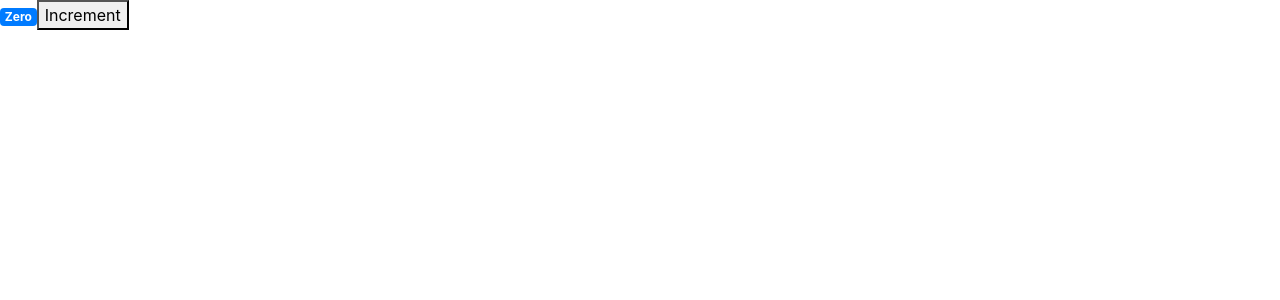
Repository: smk87/First-React-App
Page: /
These files come from the project's save history. The page is drawn as it stood at one moment and after the next save; the edit follows.
The browser window is 1280 px wide. The pictures show the whole page.
The project was rebuilt for these pictures with package versions that can differ from the ones it lists, and the page was loaded fresh each time. Also part of the build but not shown: src/App.css, src/App.js.

Above is the page before, as saved 2019-01-04 20:39:27.

### public/index.html
<!DOCTYPE html>
<html lang="en">
  <head>
    <meta charset="utf-8" />
    <link rel="shortcut icon" href="%PUBLIC_URL%/favicon.ico" />
    <meta
      name="viewport"
      content="width=device-width, initial-scale=1, shrink-to-fit=no"
    />
    <meta name="theme-color" content="#000000" />
    <!--
      manifest.json provides metadata used when your web app is added to the
      homescreen on Android. See https://developers.google.com/web/fundamentals/web-app-manifest/
    -->
    <link rel="manifest" href="%PUBLIC_URL%/manifest.json" />
    <!--
      Notice the use of %PUBLIC_URL% in the tags above.
      It will be replaced with the URL of the `public` folder during the build.
      Only files inside the `public` folder can be referenced from the HTML.

      Unlike "/favicon.ico" or "favicon.ico", "%PUBLIC_URL%/favicon.ico" will
      work correctly both with client-side routing and a non-root public URL.
      Learn how to configure a non-root public URL by running `npm run build`.
    -->
    <title>Cart by React</title>
  </head>
  <body>
    <noscript>You need to enable JavaScript to run this app.</noscript>
    <div id="root"></div>
    <!--
      This HTML file is a template.
      If you open it directly in the browser, you will see an empty page.

      You can add webfonts, meta tags, or analytics to this file.
      The build step will place the bundled scripts into the <body> tag.

      To begin the development, run `npm start` or `yarn start`.
      To create a production bundle, use `npm run build` or `yarn build`.
    -->
  </body>
</html>

### src/index.js
import React from "react";
import ReactDOM from "react-dom";
import "./index.css";
import App from "./App";
import * as serviceWorker from "./serviceWorker";
import "bootstrap/dist/css/bootstrap.css";
import Counter from "./components/counter";

ReactDOM.render(<Counter />, document.getElementById("root"));

// If you want your app to work offline and load faster, you can change
// unregister() to register() below. Note this comes with some pitfalls.
// Learn more about service workers: http://bit.ly/CRA-PWA
serviceWorker.unregister();

### src/components/counter.jsx
import React, { Component } from "react";

class Counter extends Component {
  state = {
    count: 0
  };
  render() {
    return (
      <div>
        <span className="badge badge-primary">{this.formatCount()}</span>
        <button>Increment</button>
      </div>
    );
  }

  formatCount() {
    const { count } = this.state;
    return count === 0 ? "Zero" : count;
  }
}

export default Counter;

Loaded but not shown: src/index.css (common file); src/serviceWorker.js (common file)

After the next save:
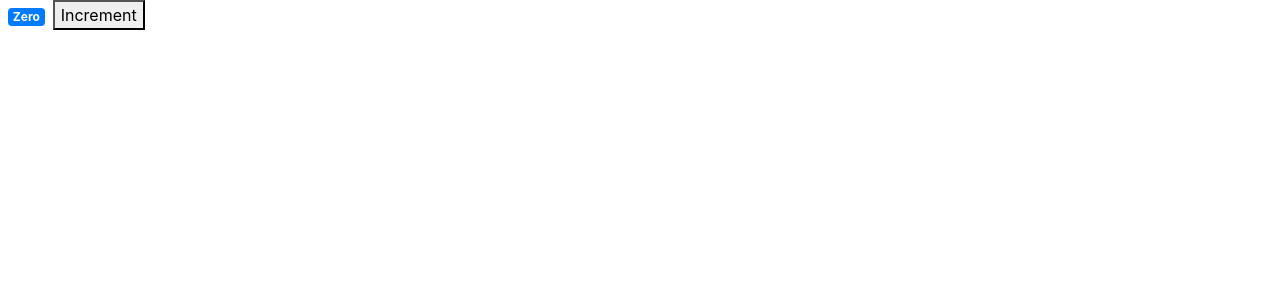
Saved 17 s later.
--- a/src/components/counter.jsx
+++ b/src/components/counter.jsx
@@ -7,7 +7,7 @@
   render() {
     return (
       <div>
-        <span className="badge badge-primary">{this.formatCount()}</span>
+        <span className="badge badge-primary m-2">{this.formatCount()}</span>
         <button>Increment</button>
       </div>
     );

After the 2 saves that followed:
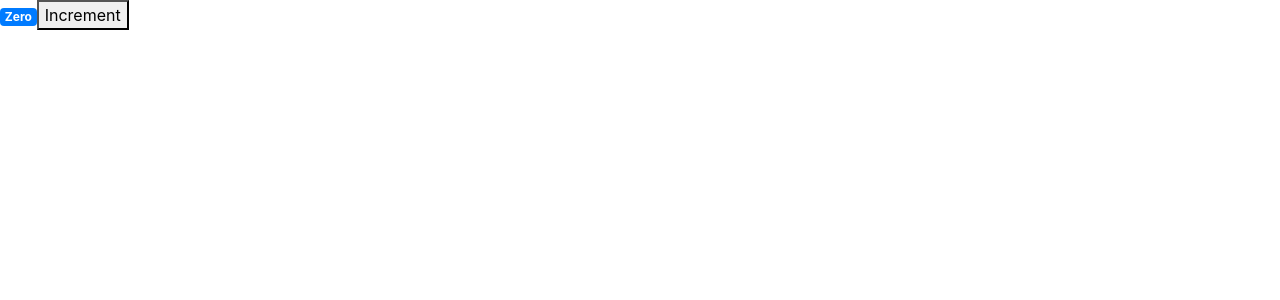
The 2 saves are shown as one change because they came seconds apart.
The last was saved 36 s later.
--- a/src/components/counter.jsx
+++ b/src/components/counter.jsx
@@ -7,7 +7,7 @@
   render() {
     return (
       <div>
-        <span className="badge badge-primary m-2">{this.formatCount()}</span>
+        <span className="badge badge-primary m-w">{this.formatCount()}</span>
         <button>Increment</button>
       </div>
     );
